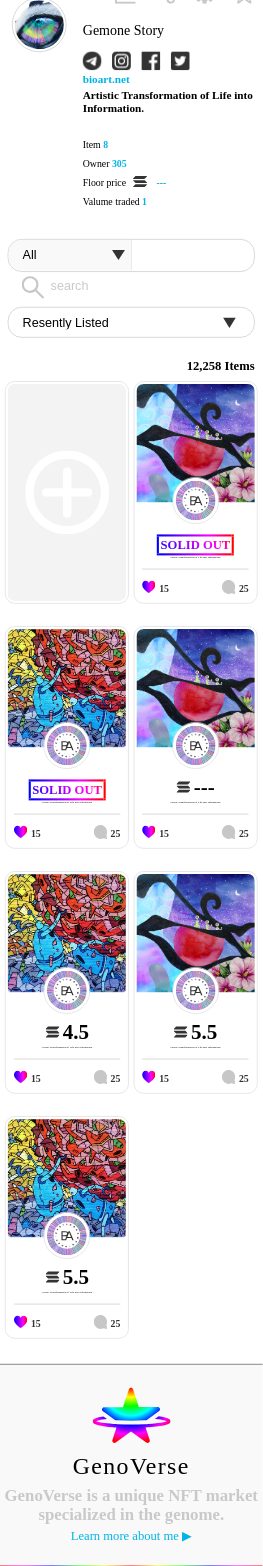
Repository: superHotBob/bioart
Page: /myplanets
The author's editor kept a copy of each file at every save. The page is drawn from the files as they stood at one save, then again after the next save.
The browser window is 375 px wide. The pictures show the part of the page from y = 759 to 2999 px (the page is 2996 px tall before and 2999 px after), at 70% of full size.
Some web fonts or font styles are not loaded; a fallback is used. The project was rebuilt for these pictures with package versions that can differ from the ones it lists, and the page was loaded fresh each time. Some packages were replaced by stand-ins written for this rebuild. The framework's server and built-in components were replaced by stand-ins that run in the browser. Also part of the build but not shown: next.config.js.

Above is the page before, as saved 2022-04-05 17:19:25.

After the next save:
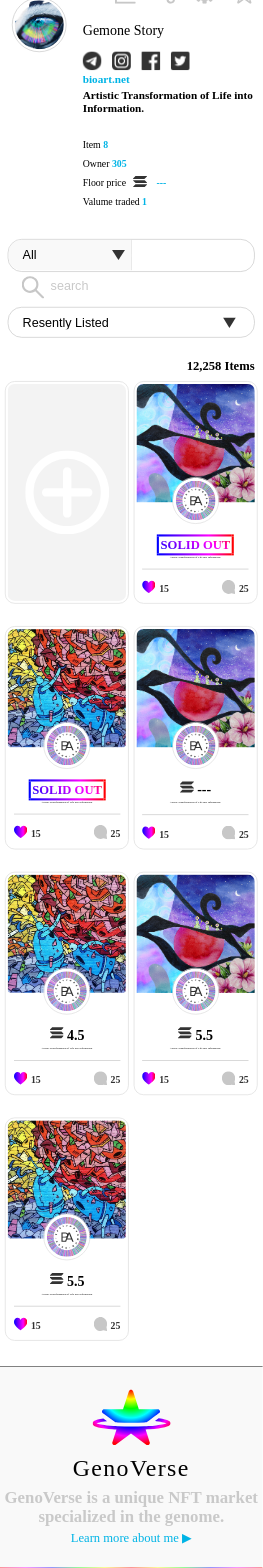
Saved 23 s later.
--- a/pages/myplanets.js
+++ b/pages/myplanets.js
@@ -953,6 +953,9 @@ export default function Explore() {
               z-index: 10;
               position: relative;
             }
+            .itemSlider__price {
+            font: 800 20px/30px "GmarketSansLight";
+          }
           }
         `}
       </style>
